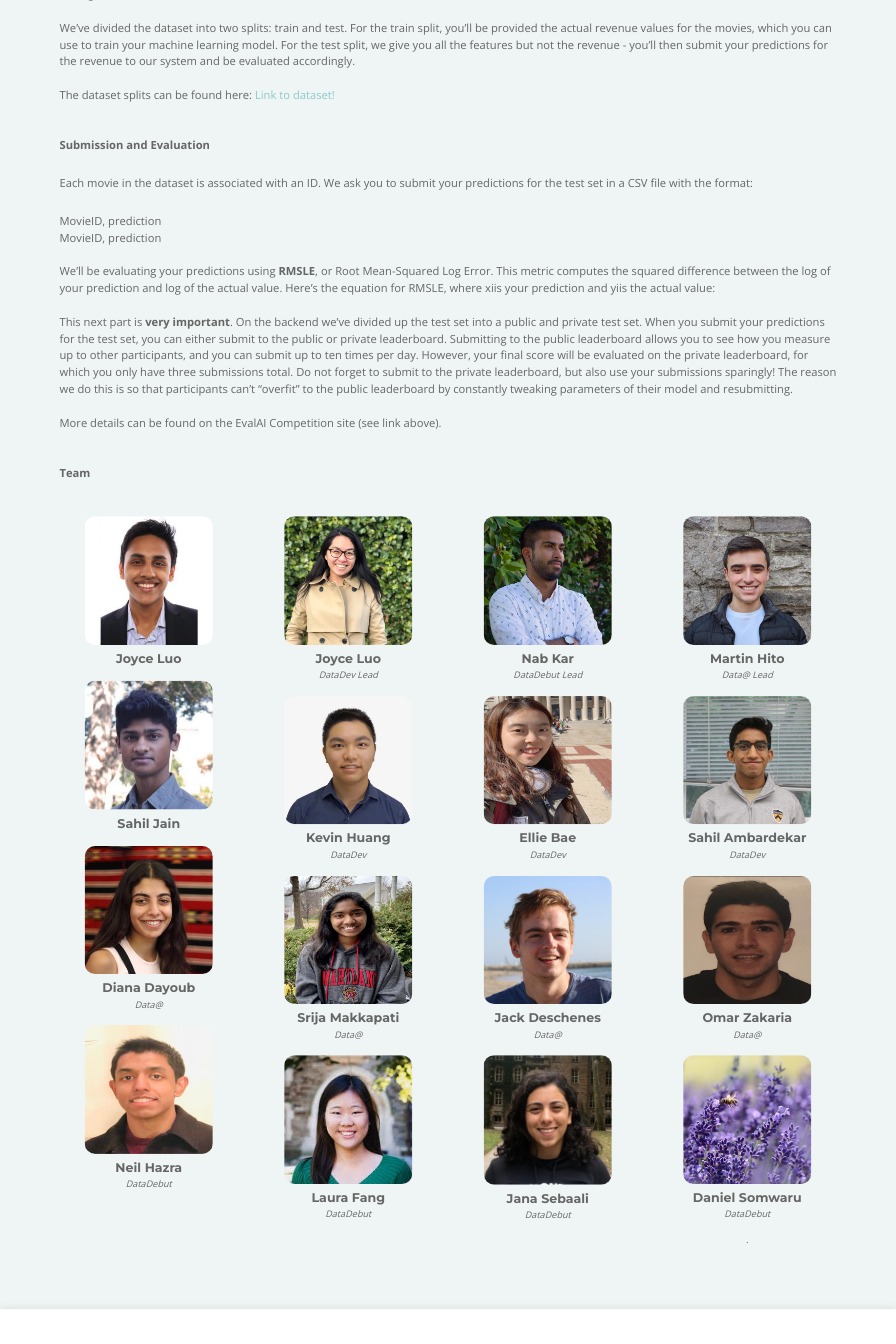
Repository: princetonds/princetonds.github.io
Page: team2.html
An editor plug-in stored every save of this project. The page is shown before and after a run of saves, followed by the edit.
The browser window is 1280 px wide. The pictures show the part of the page from y = 1718 to 3638 px (the page is 3928 px tall), at 70% of full size.

Above is the page before, as saved 2021-03-20 22:59:38.
Console error: TypeError: Cannot read properties of null (reading 'innerHTML')

After the next 2 saves:
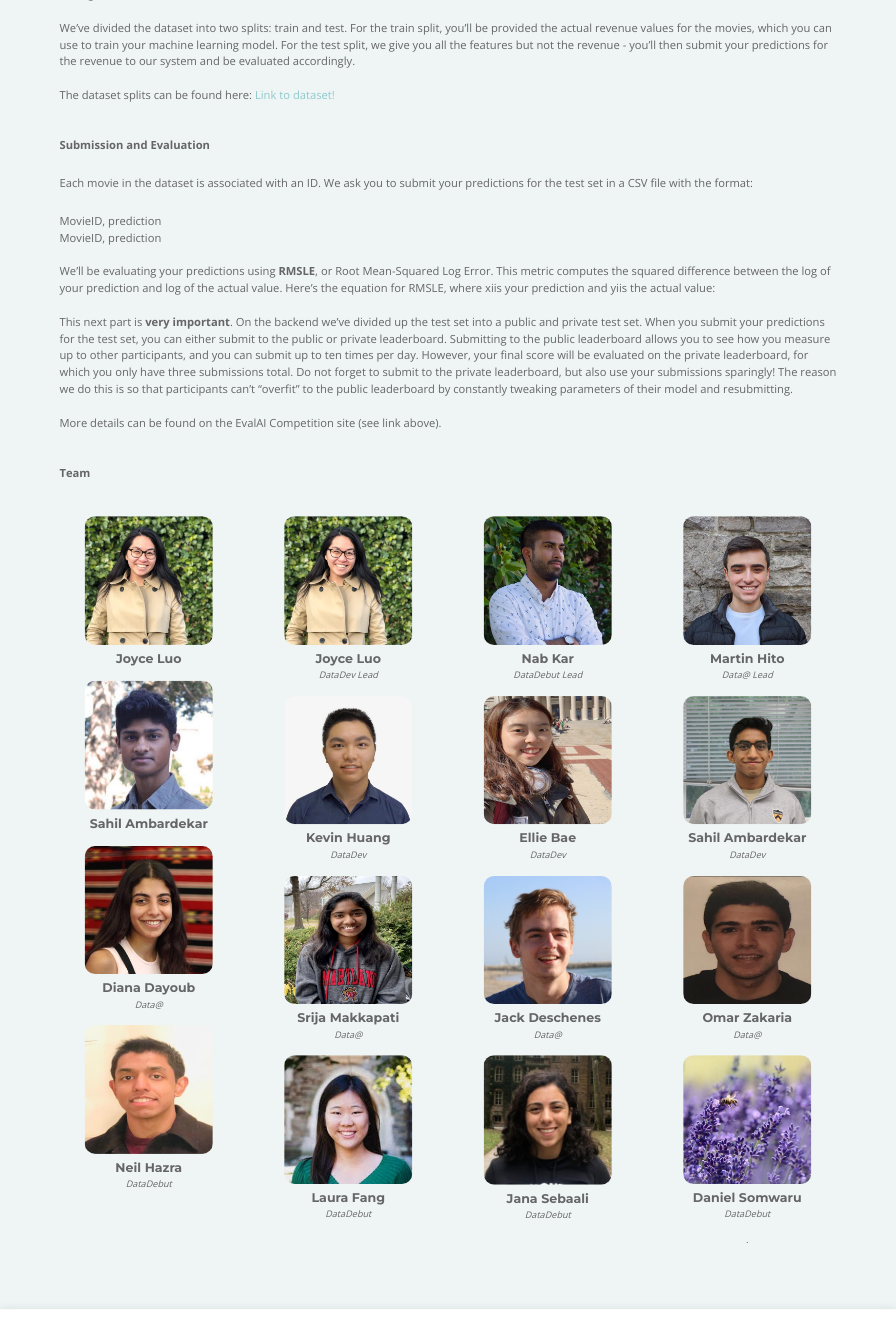
The 2 saves are shown as one change because they came seconds apart.
The last was saved 8 s later.
--- a/team2.html
+++ b/team2.html
@@ -200,7 +200,7 @@
                 <h2 style="text-align:center; color:black"></h2>
                 <!-- <p style="text-align:center;">Enter team description here...</p> -->
                 <div class="member2">
-                  <div class="pic"><img src="img/team/arjun.jpg" alt=""></div>
+                  <div class="pic"><img src="img/team/joyce.jpg" alt=""></div>
                   <h4>Joyce Luo</h4>
                   <!-- <div class="social">
                     <p class="profile-description">.</p>
@@ -209,7 +209,7 @@
 
                 <div class="member2">
                   <div class="pic"><img src="img/team/sahil.jpg" alt=""></div>
-                  <h4>Sahil Jain</h4>
+                  <h4>Sahil Ambardekar</h4>
                   <!-- <div class="social">
                     <p class="profile-description">.</p>
                   </div> -->
